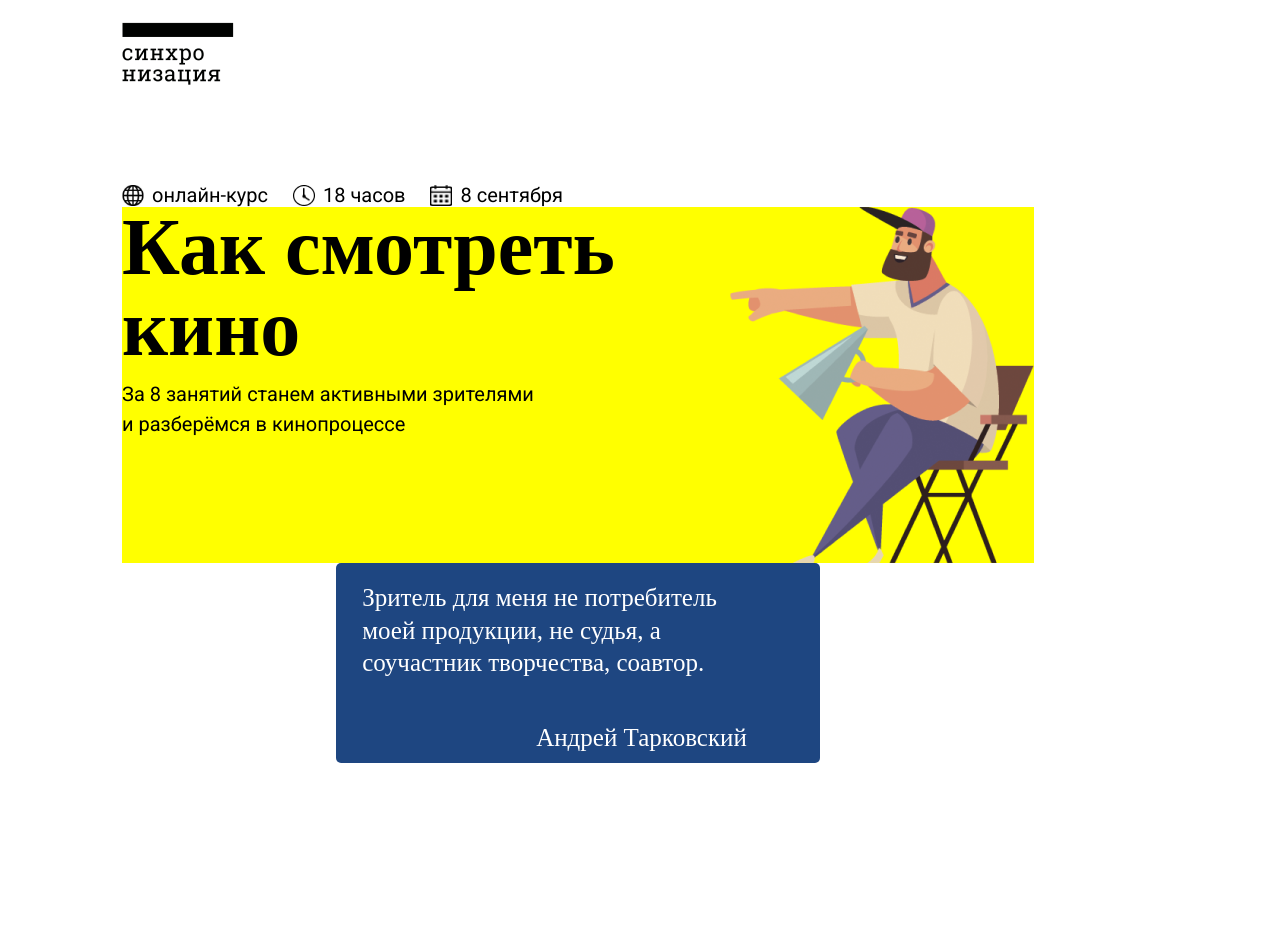
Repository: simralgasimov/task5
Page: index.html
An editor plug-in stored every save of this project. The page is shown before and after the next save, followed by the edit.
The browser window is 1280 px wide. The pictures show the whole page.

Above is the page before, as saved 2023-08-28 13:28:01.

After the next save:
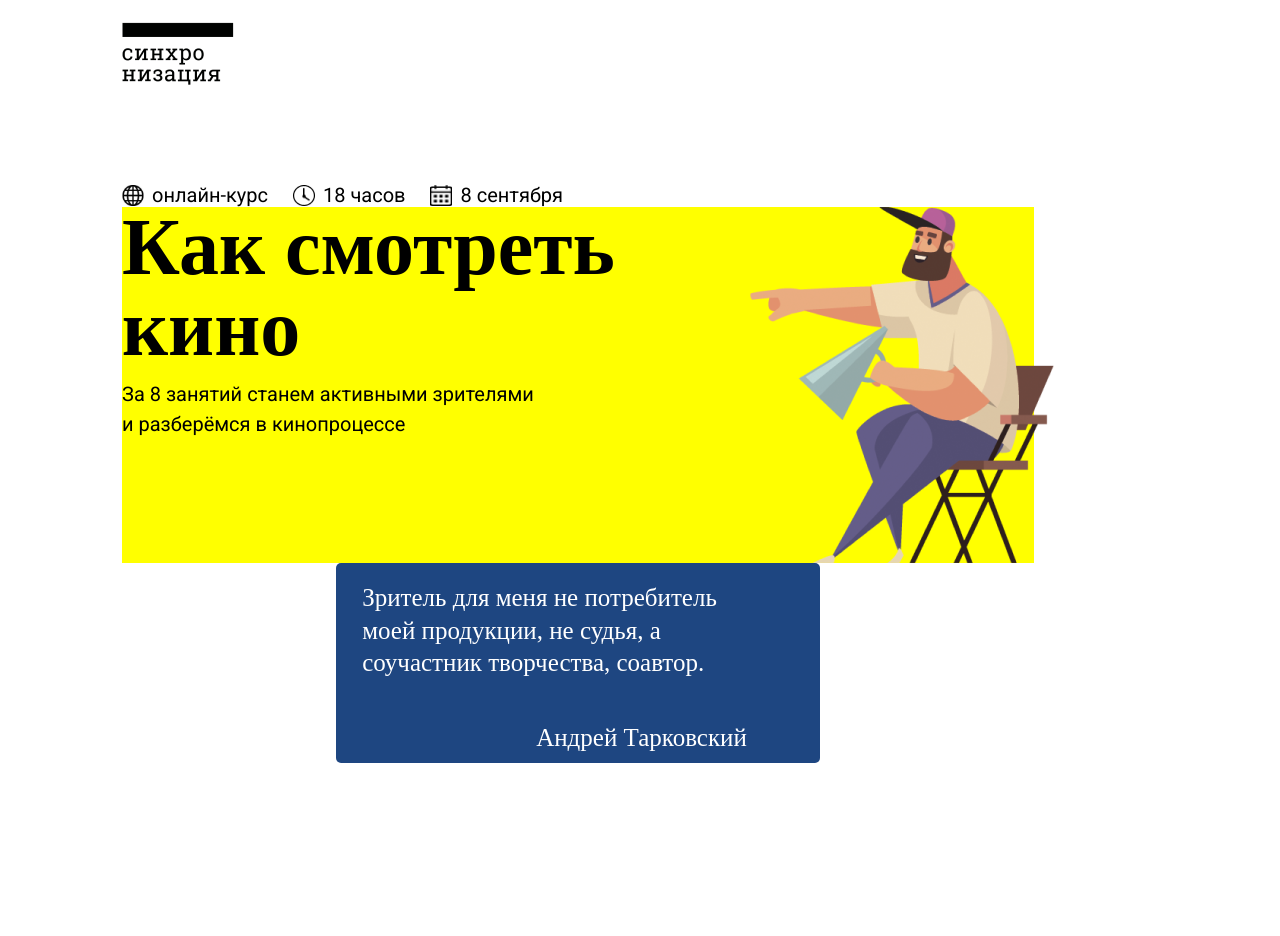
Saved 32 s later.
--- a/index.css
+++ b/index.css
@@ -58,6 +58,7 @@
 }
 
 .box h1 {
+  width: 628px;
   color: #000;
   font-family: Roboto Slab;
   font-size: 80px;
